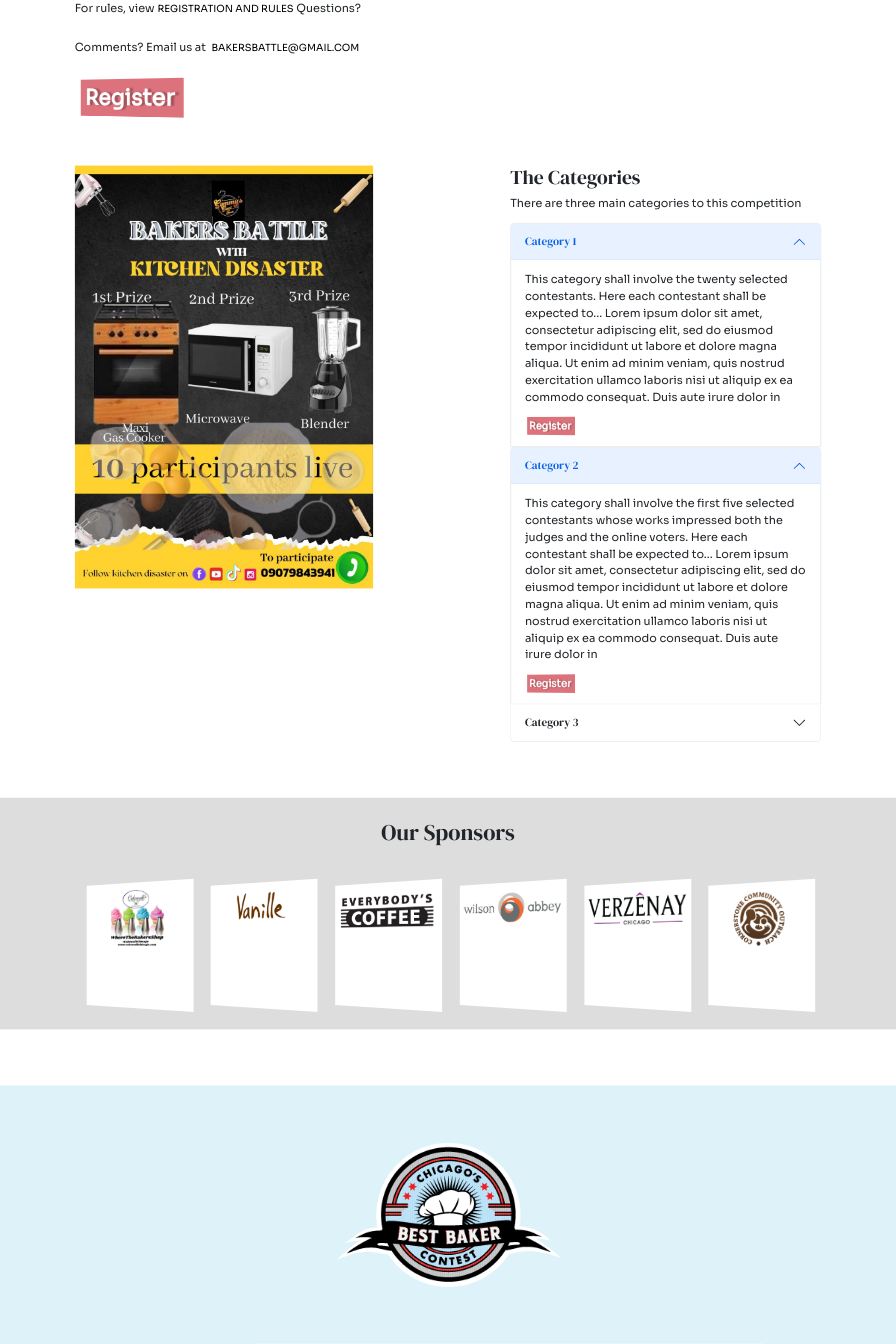
Repository: sarahnnanyelugo/bakers-battle
Page: /
These files come from the project's save history. The page is drawn as it stood at one moment and after the next save; the edit follows.
The browser window is 1280 px wide. The pictures show the part of the page from y = 1871 to 3791 px (the page is 3791 px tall), at 70% of full size.
The project was rebuilt for these pictures with package versions that can differ from the ones it lists, and the page was loaded fresh each time. Also part of the build but not shown: src/components/ScreenSlide/slide.scss, src/components/ScreenSlide/ScreenSlide.js.

Above is the page before, as saved 2024-07-09 20:37:25.

After the next save:
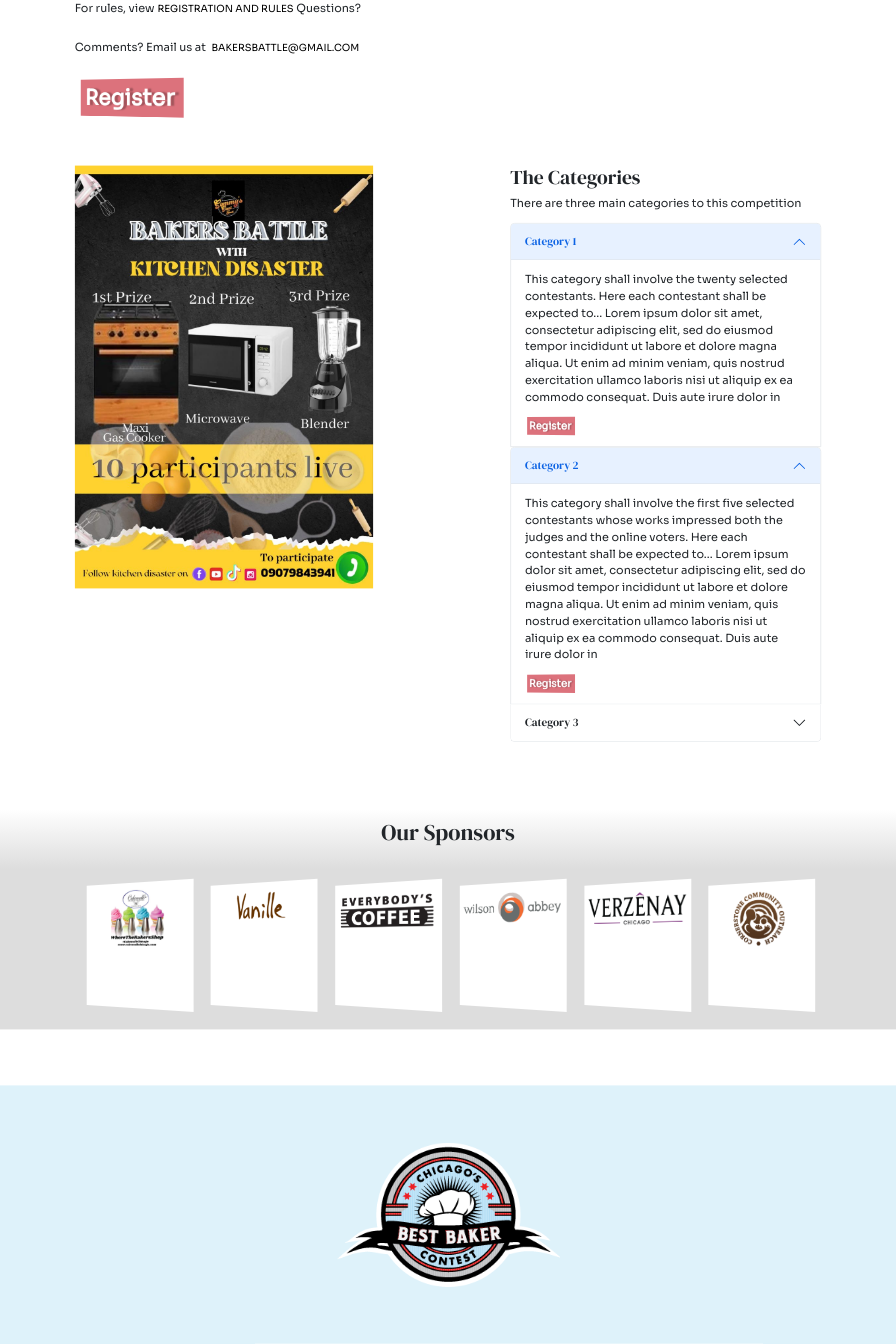
Saved 10 s later.
--- a/src/pages/Home/home.scss
+++ b/src/pages/Home/home.scss
@@ -15,7 +15,12 @@
   margin-top: 80px;
   padding-top: 30px;
   padding-bottom: 30px;
-  background: rgb(221, 221, 221);
+  background: rgb(255, 255, 255);
+  background: linear-gradient(
+    180deg,
+    rgba(255, 255, 255, 1) 5%,
+    rgba(221, 221, 221, 1) 31%
+  );
   .sponsors {
     padding-top: 10px;
     margin-top: 45px;
